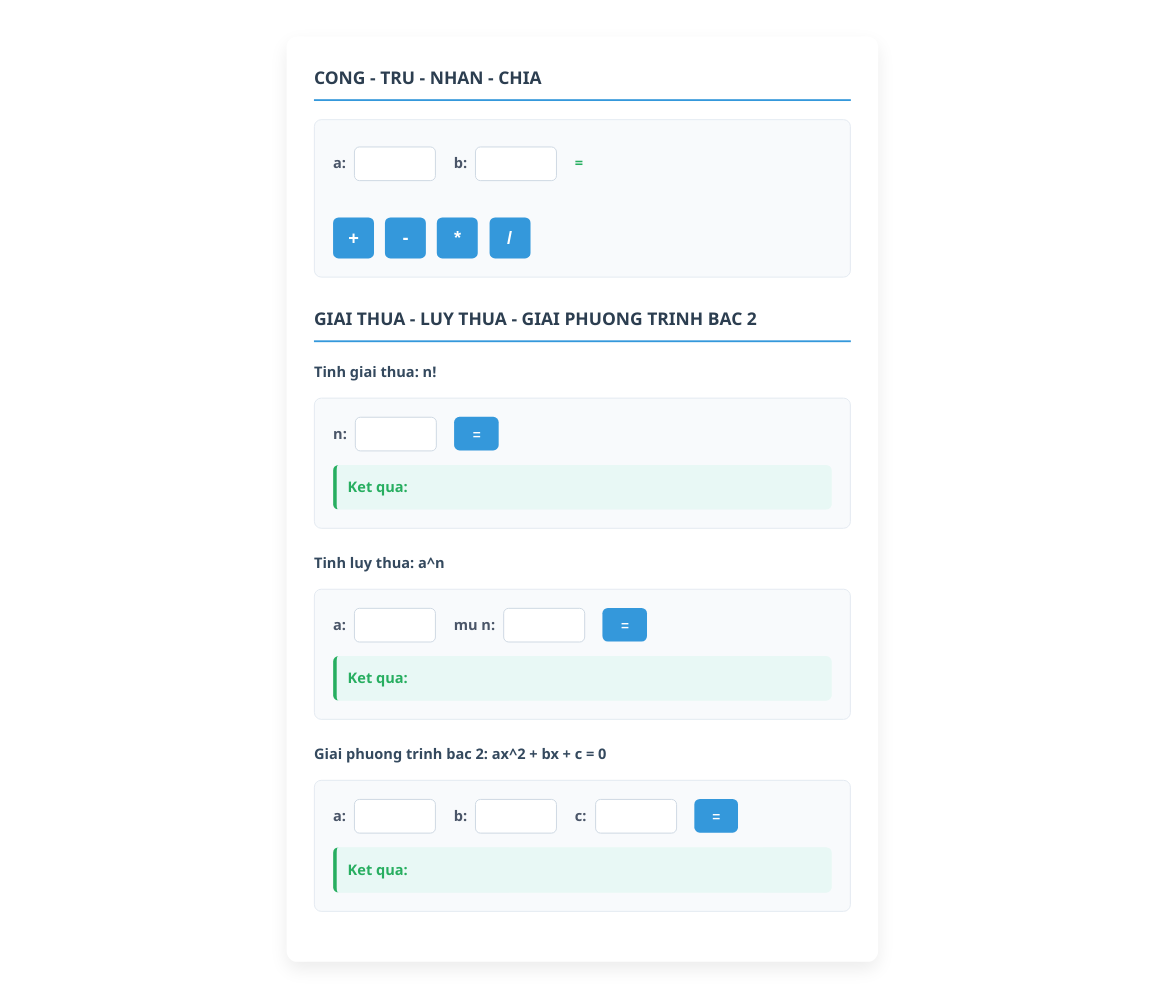
Repository: Chien02/SOAProjects
Page: http://localhost/CalcWebClient/
These files come from the project's save history. The page is drawn as it stood at one moment and after the next save; the edit follows.
The browser window is 1280 px wide. The pictures show the whole page, at 91% of full size.
The page is served by Tomcat 9. Nobody is signed in. The application's start-up code is not run. The template is opened directly, without the code that normally fills it, so the values that code supplies are empty.

Above is the page before, as saved 2026-03-24 00:26:12.

After the next save:
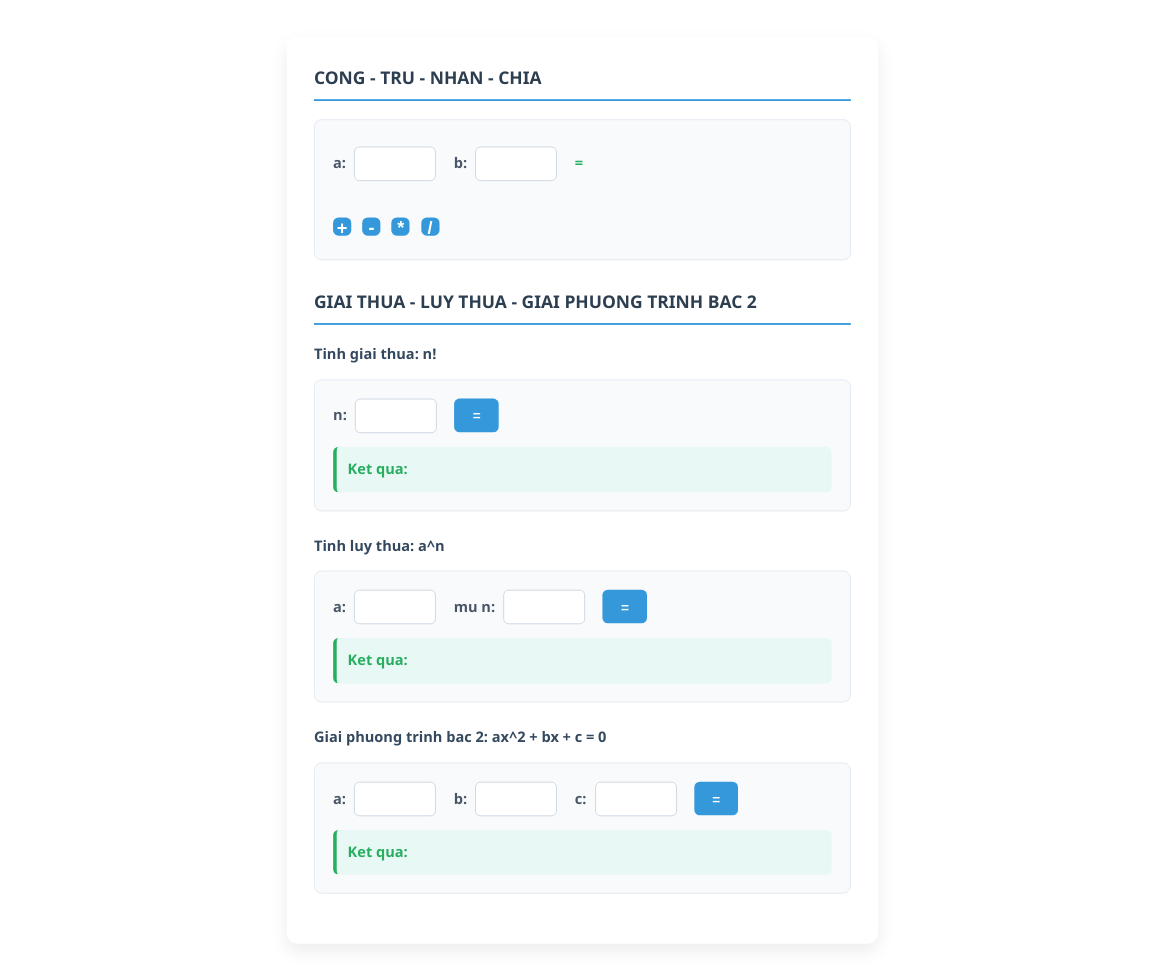
Saved 32 s later.
--- a/CalcWebClient/WebContent/styles.css
+++ b/CalcWebClient/WebContent/styles.css
@@ -104,8 +104,8 @@ button[value="cong"],
 button[value="tru"],
 button[value="nhan"],
 button[value="chia"] {
-    width: 45px;
-    height: 45px;
+    width: 20px;
+    height: 20px;
     padding: 0;
     margin-top: 15px;
     font-size: 20px;
